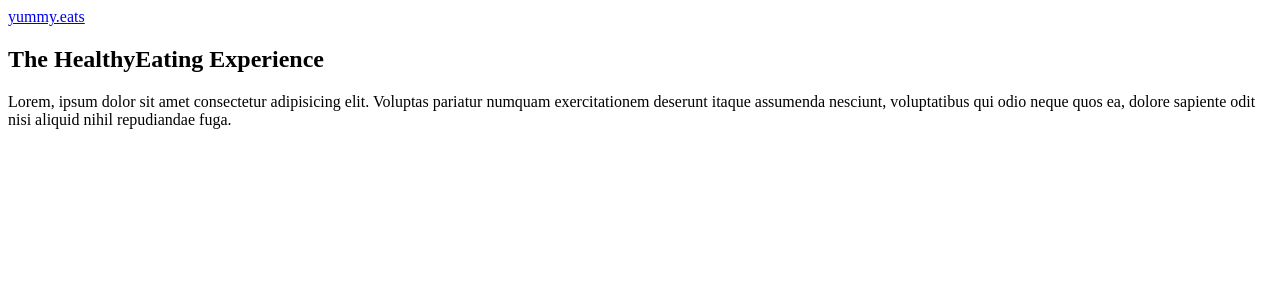
Repository: MansiLadkar/food_frontend
Page: index.html
The author's editor kept a copy of each file at every save. The page is drawn from the files as they stood at one save, then again after the next save.
The browser window is 1280 px wide. The pictures show the whole page.

Above is the page before, as saved 2023-01-13 13:09:43.

After the next save:
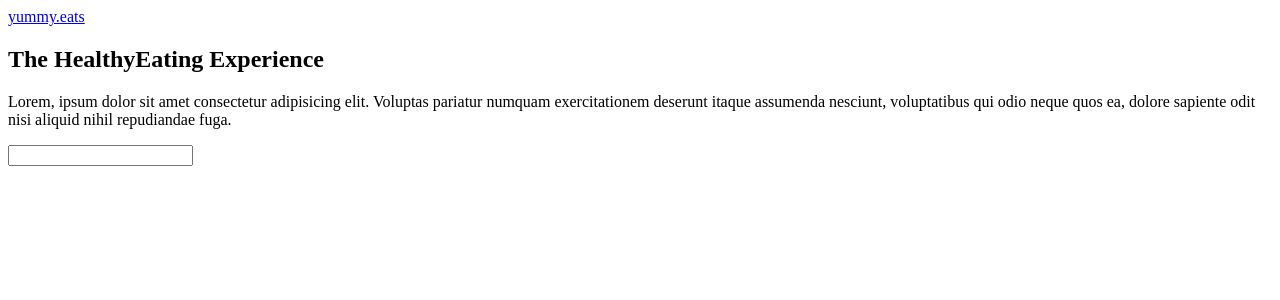
Saved 4 min 4 s later.
--- a/index.html
+++ b/index.html
@@ -20,6 +20,12 @@
           voluptatibus qui odio neque quos ea, dolore sapiente odit nisi aliquid
           nihil repudiandae fuga.
         </p>
+        <div class="form-container">
+          <form action="">
+            <label for="city"> </label>
+            <input type="text" name="city" id="city" />
+          </form>
+        </div>
       </section>
       <section></section>
     </div>
